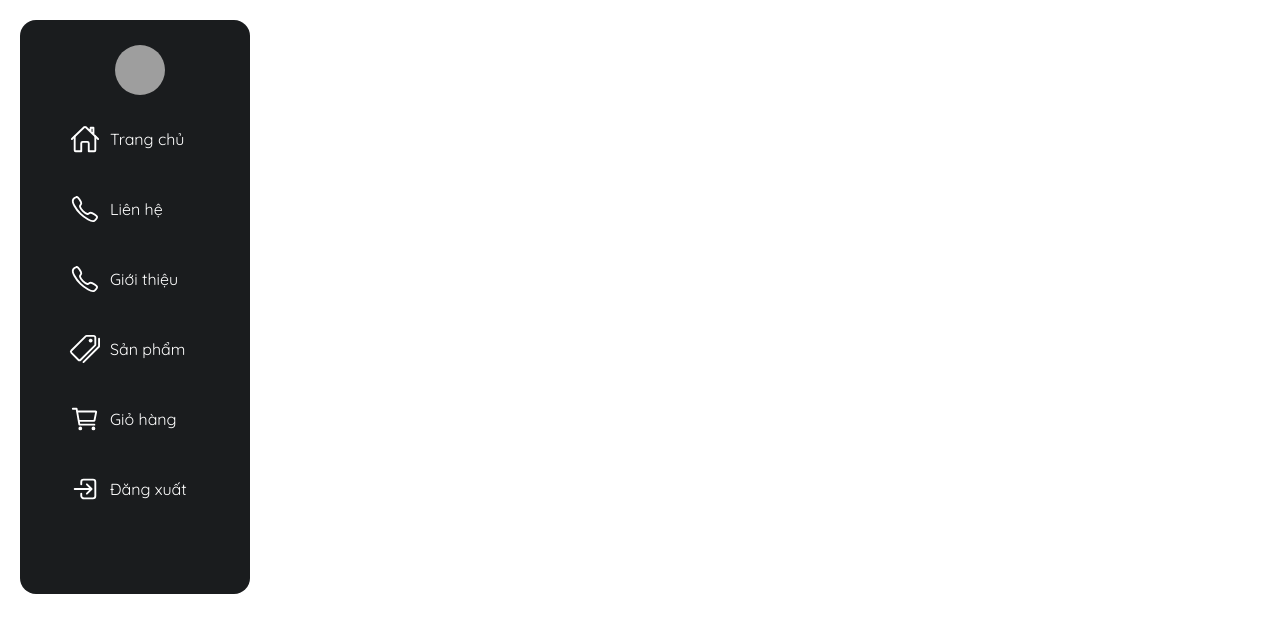
Repository: Fuocmanh/demo
Page: site/nav.html
The author's editor kept a copy of each file at every save. The page is drawn from the files as they stood at one save, then again after the next save.
The browser window is 1280 px wide. The pictures show the whole page.
Pictures or frames that could not be fetched are drawn as grey boxes.

Above is the page before, as saved 2022-12-30 12:27:13.

After the next save:
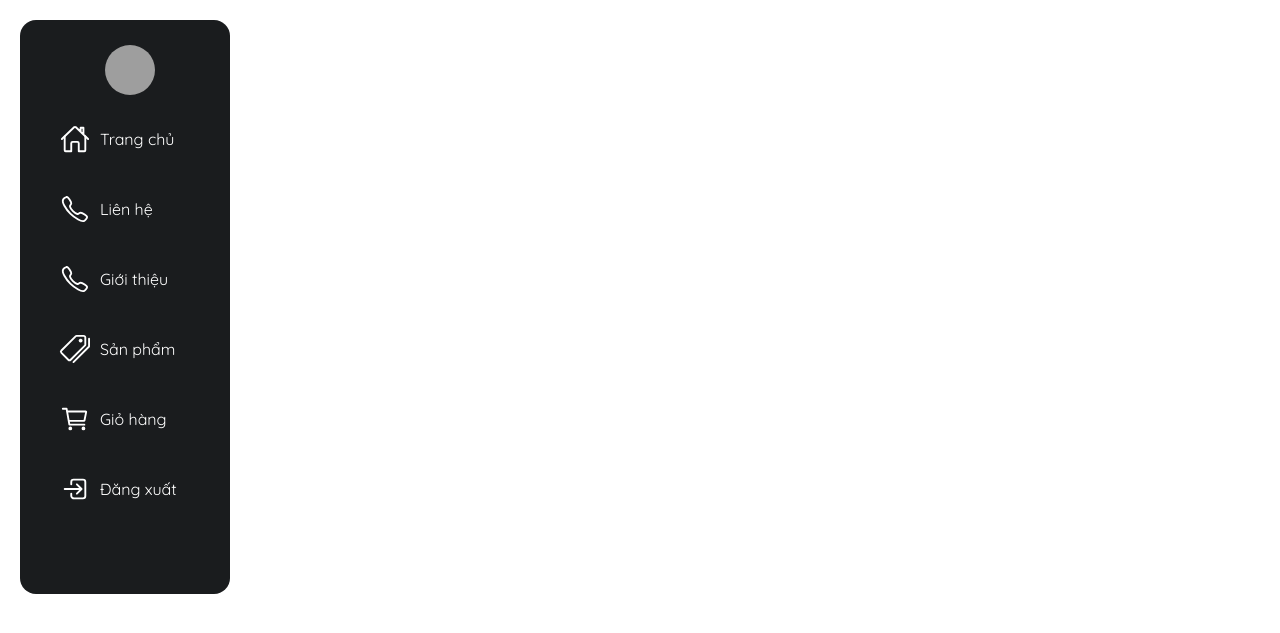
Saved 11 s later.
--- a/css/style.css
+++ b/css/style.css
@@ -20,7 +20,7 @@ body {
     background-color: #1A1C1E;
     width: max-content;
     height: 100%;
-    padding: 50px 15px;
+    padding: 50px 5px;
     border-radius: 16px;
 }
 
